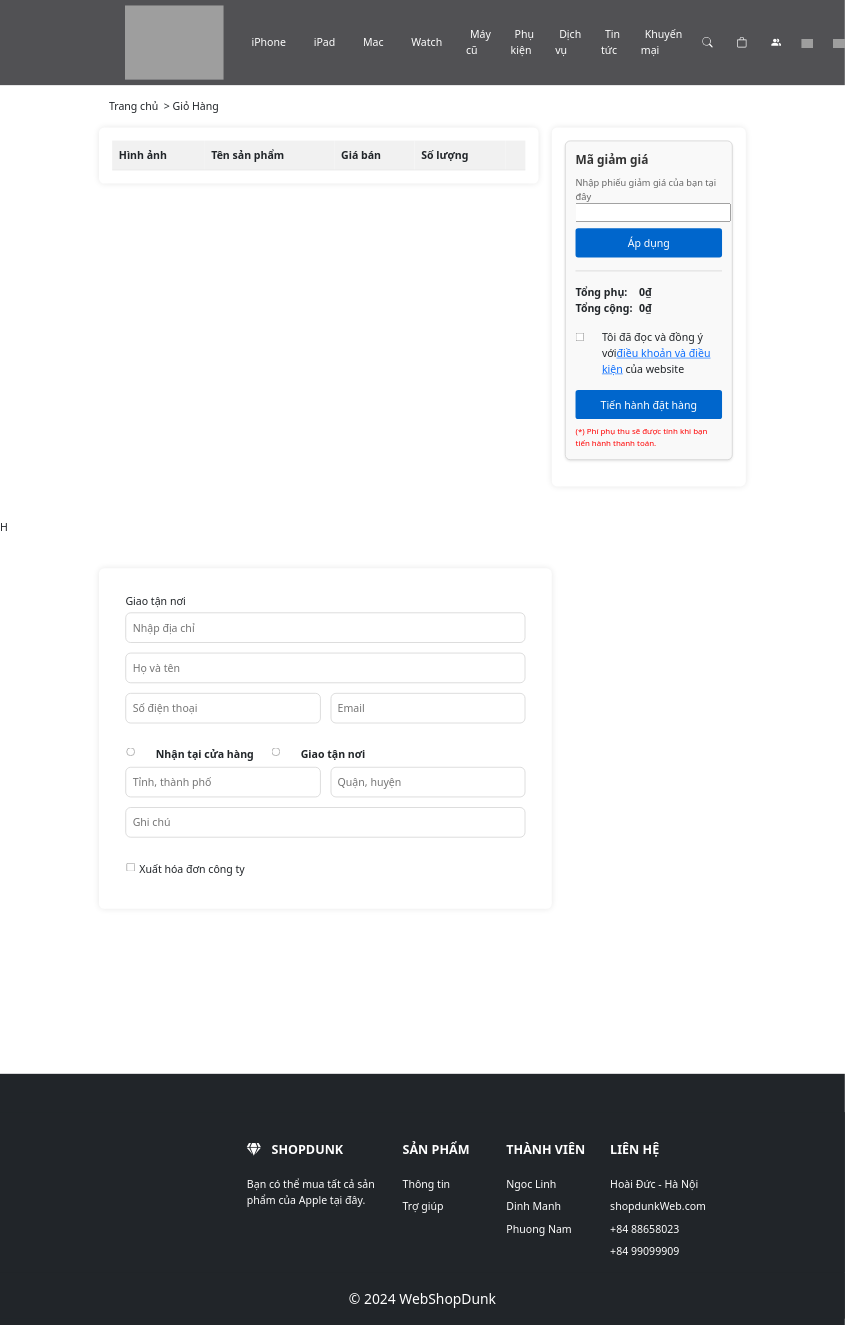
Repository: 20092004nam2k4/FE-ShopDunk
Page: /cart
These files come from the project's save history. The page is drawn as it stood at one moment and after a run of saves; the edit follows.
The browser window is 1280 px wide. The page is 1296 px wide, so the pictures cover 1296 px, including what lies to the right of the window. The pictures show the whole page, at 66% of full size.
Pictures or frames that could not be fetched are drawn as grey boxes. The page's requests for data from a server got no answer. The project was rebuilt for these pictures with package versions that can differ from the ones it lists, and the page was loaded fresh each time. No one was signed in, and anything a server would have sent is missing. Also part of the build but not shown: src/component/common/SlideImage.css, src/component/common/SlideImage.js, src/component/product/ProductList.css, src/component/product/ProductList.js, src/component/product/ProductDetail.css, src/component/product/ProductDetail.js, src/component/user/LoginUser.js, src/component/user/UserProfile.js and 3 more.

Above is the page before, as saved 2024-06-10 13:55:39.

After the next 6 saves:
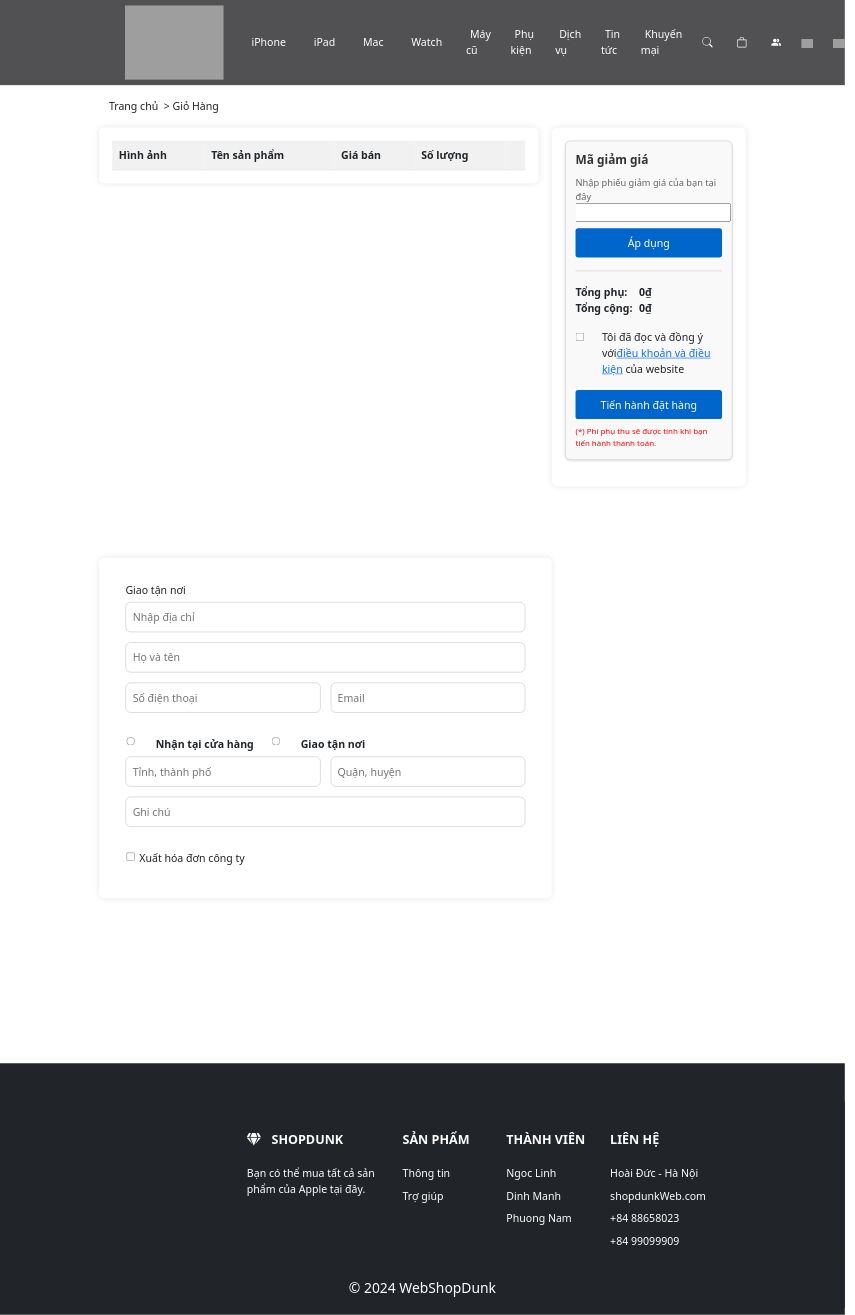
The 6 saves are shown as one change because 1 did not build or start and some came seconds apart.
The last was saved 15 s later.
--- a/src/component/cart/CartPage.js
+++ b/src/component/cart/CartPage.js
@@ -275,7 +275,7 @@
         </div>
       </div>
         </div>
-        H
+        <h3></h3>
 
       <div className="tong-bot">
         <div class="left">
